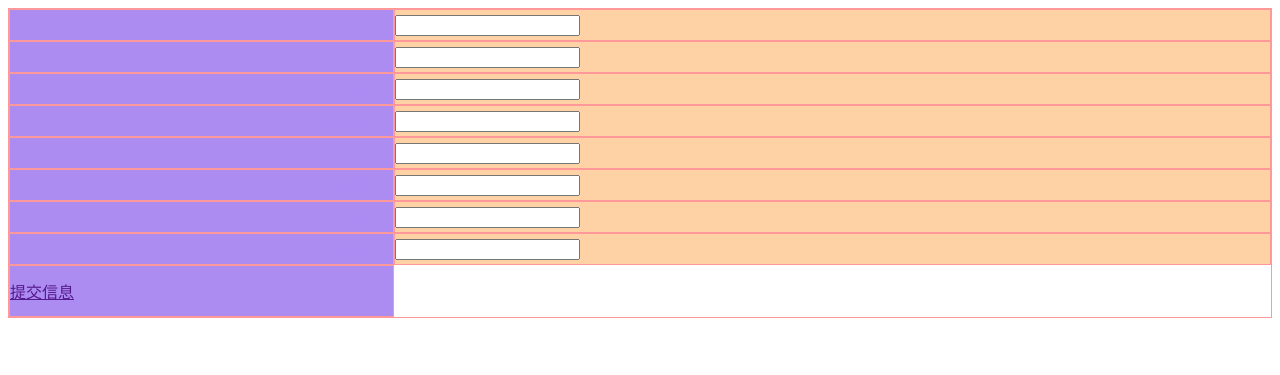
Repository: ljx1197678031/Wed-Design
Page: practice/2.html
The author's editor kept a copy of each file at every save. The page is drawn from the files as they stood at one save, then again after the next save.
The browser window is 1280 px wide. The pictures show the whole page.

Above is the page before, as saved 2020-06-03 16:21:27.

### practice/2.html
<!DOCTYPE html>
<html lang="en">
<head>
    <meta charset="UTF-8">
    <meta name="viewport" content="width=device-width, initial-scale=1.0">
    <title>Document</title>

    <style>
        table td:nth-of-type(odd){
            background: #AD8CF2;
            color:#AD8CF2;
        }
        table td:nth-of-type(even){
            background: #FFD2A6;
        }
        @-webkit-keyframes 'buttonLight' {
            form {
                background:rgba(96,203,27,0.5);
                -webkit-box-shadow:0 0 5px reba(255,255,255,0.3) inset,
                0 0 3px regb(220 120 200 0.5);
                color:red;
            }
        }
    </style>
</head>
<body>
    <form action="#" method="post">
        <table border="1" width="100%" cellpadding="0" cellspacing="0"
            bordercolor="#FF9999" bordercolordark="#0033FF"
            bordercolorlight="#CC99FF">
            <tr>
                <td align="right" height="30px">昵称：</td>
                <td><input name="nickname" type="text"/></td>
            </tr>
            <tr>
                <td align="right" height="30px">姓名：</td>
                <td><input name="nickname" type="text"/></td>
            </tr>
            <tr>
                <td align="right" height="30px">密码：</td>
                <td><input name="nickname" type="text"/></td>
            </tr>
            <tr>
                <td align="right" height="30px">确认密码：</td>
                <td><input name="nickname" type="text"/></td>
            </tr>
            <tr>
                <td align="right" height="30px">密保问题：</td>
                <td><input name="nickname" type="text"/></td>
            </tr>
            <tr>
                <td align="right" height="30px">密保答案：</td>
                <td><input name="nickname" type="text"/></td>
            </tr>
            <tr>
                <td align="right" height="30px">年龄：</td>
                <td><input name="nickname" type="text"/></td>
            </tr>
            <tr>
                <td align="right" height="30px">联系电话：</td>
                <td><input name="nickname" type="text"/></td>
            </tr>
            <tr>
                <td height="50px"><a href="" class="btn">提交信息</td>
            </tr>
        </table>
    </form>
</body>
</html>

After the next save:
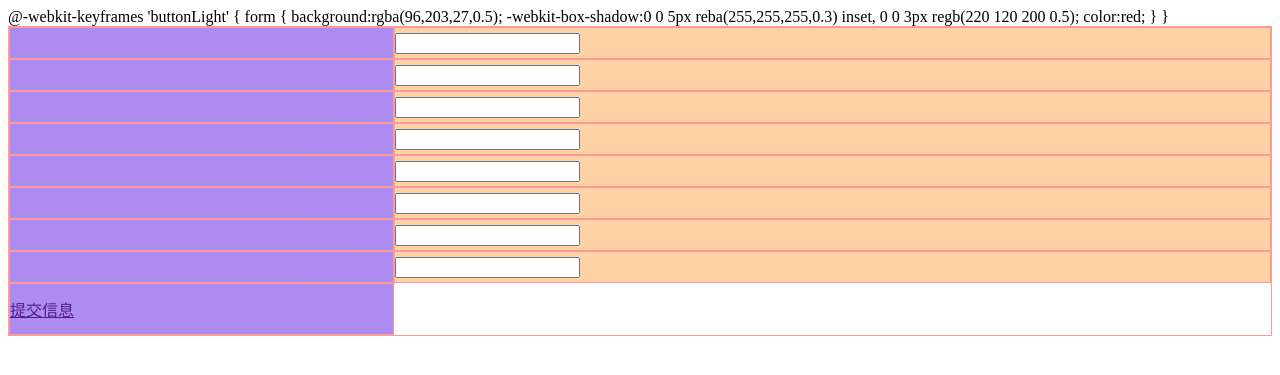
Saved 27 s later.
--- a/practice/2.html
+++ b/practice/2.html
@@ -22,6 +22,14 @@
             }
         }
     </style>
+    @-webkit-keyframes 'buttonLight' {
+        form {
+            background:rgba(96,203,27,0.5);
+            -webkit-box-shadow:0 0 5px reba(255,255,255,0.3) inset,
+            0 0 3px regb(220 120 200 0.5);
+            color:red;
+        }
+    }
 </head>
 <body>
     <form action="#" method="post">

After the 2 saves that followed:
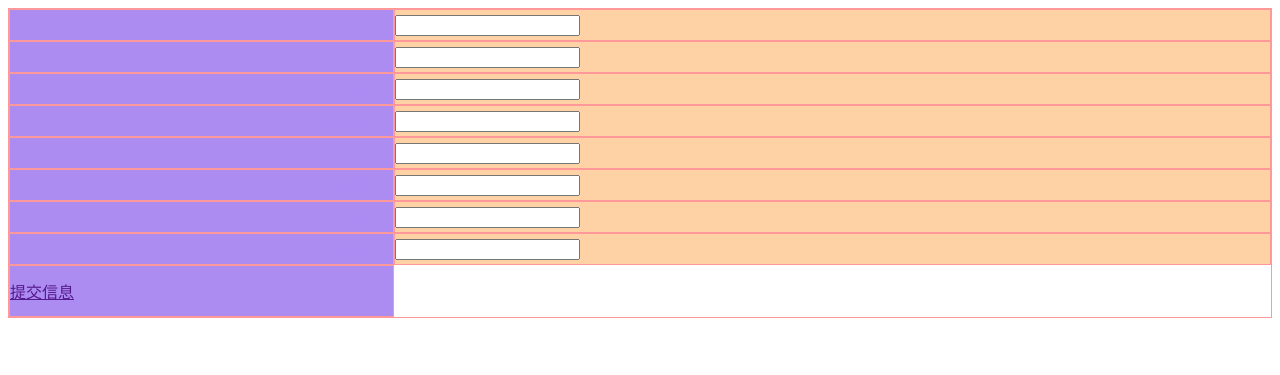
The 2 saves are shown as one change because they came seconds apart.
The last was saved 8 s later.
--- a/practice/2.html
+++ b/practice/2.html
@@ -22,14 +22,7 @@
             }
         }
     </style>
-    @-webkit-keyframes 'buttonLight' {
-        form {
-            background:rgba(96,203,27,0.5);
-            -webkit-box-shadow:0 0 5px reba(255,255,255,0.3) inset,
-            0 0 3px regb(220 120 200 0.5);
-            color:red;
-        }
-    }
+
 </head>
 <body>
     <form action="#" method="post">
